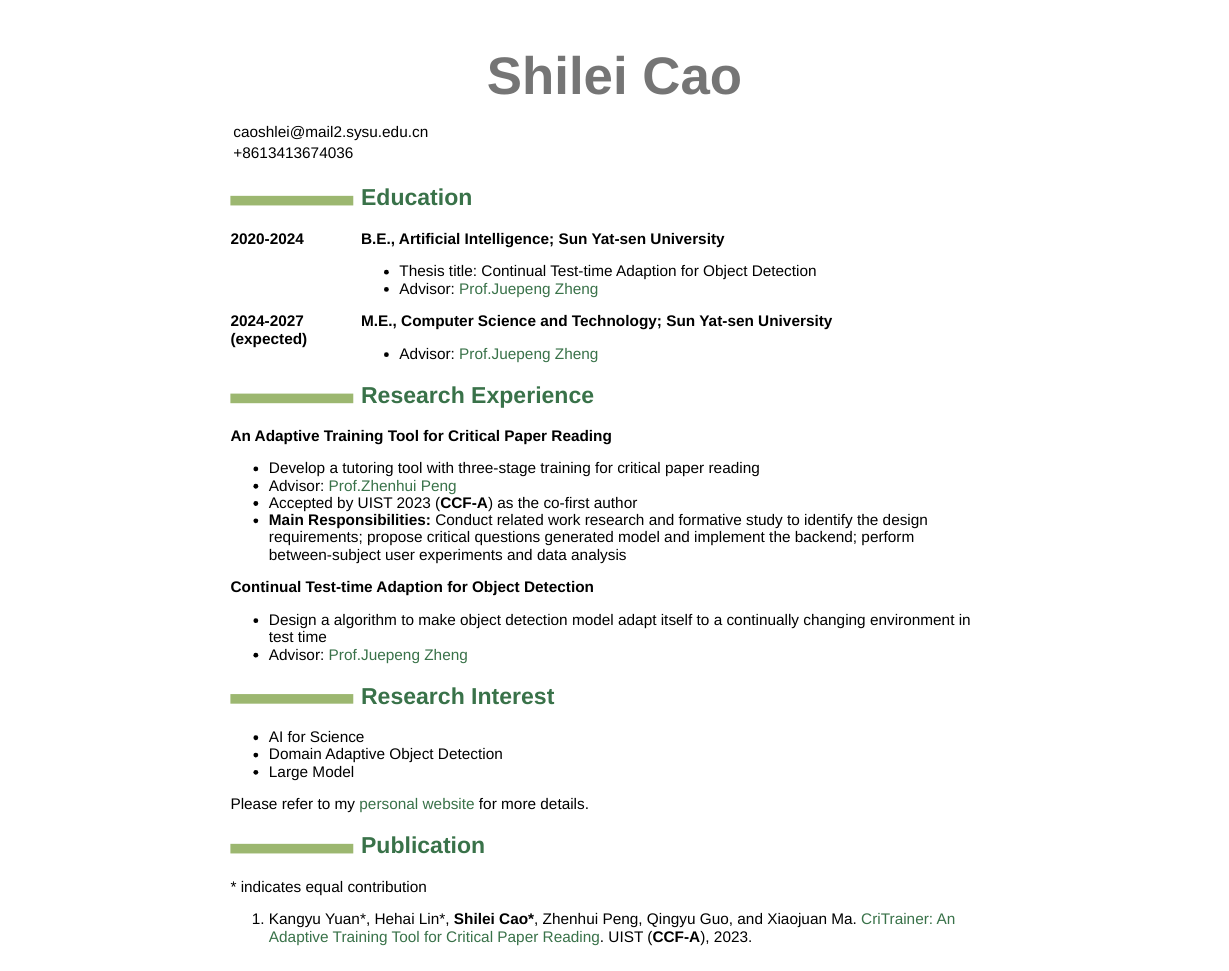
Repository: rssysu/rssysu.github.io
Page: assets/resume/csl.html
An editor plug-in stored every save of this project. The page is shown before and after a run of saves, followed by the edit.
The browser window is 1280 px wide. The pictures show the whole page, at 96% of full size.

Above is the page before, as saved 2024-08-30 19:48:58.

After the next 2 saves:
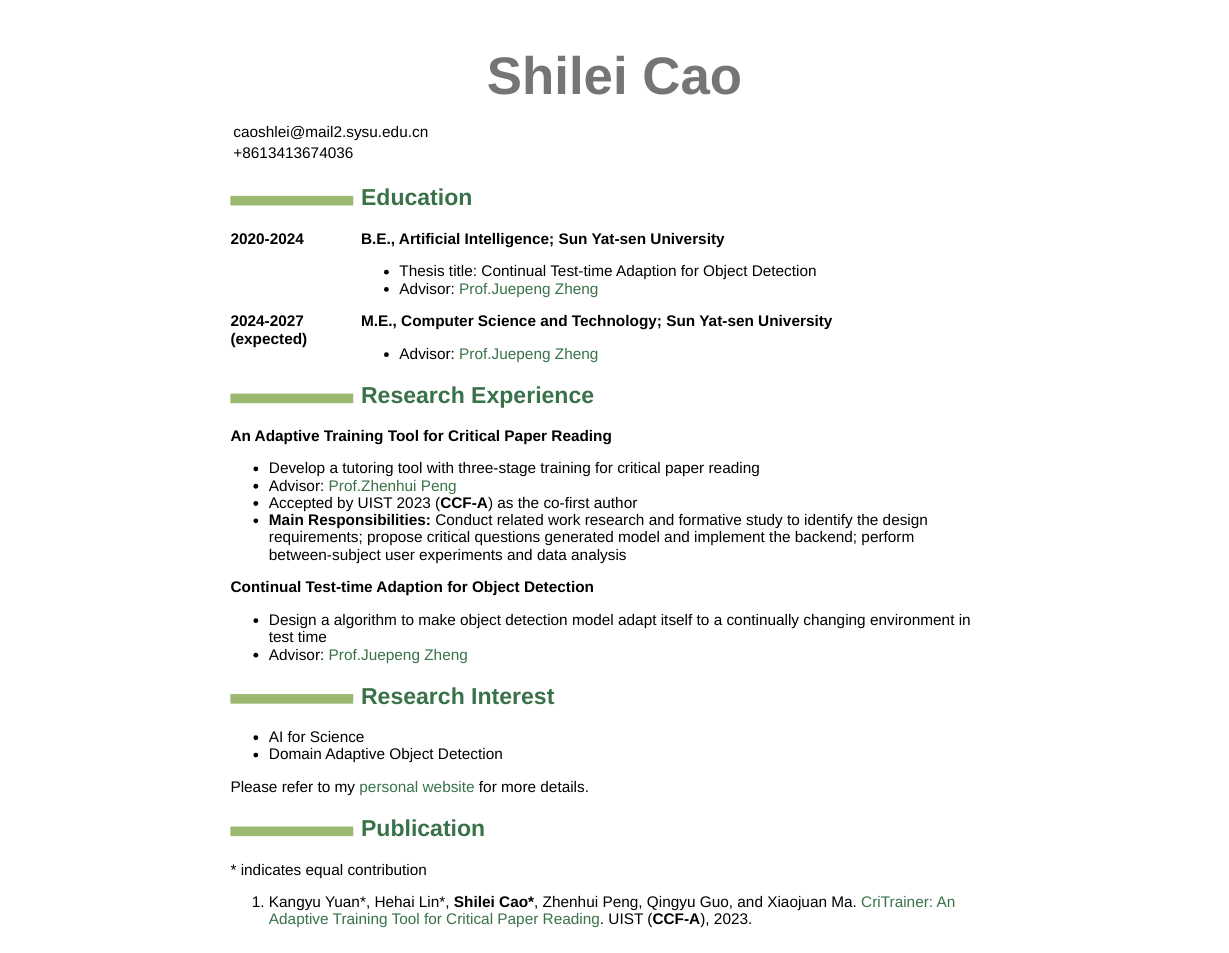
The 2 saves are shown as one change because they came seconds apart.
The last was saved 48 s later.
--- a/assets/resume/csl.html
+++ b/assets/resume/csl.html
@@ -91,8 +91,6 @@ Zheng</a></li>
 <ul>
 <li>AI for Science</li>
 <li>Domain Adaptive Object Detection</li>
-<li>Large Model </li>
-
 </ul>
 <p>Please refer to my <a href="https://shileicao.github.io/">personal
 website</a> for more details.</p>
